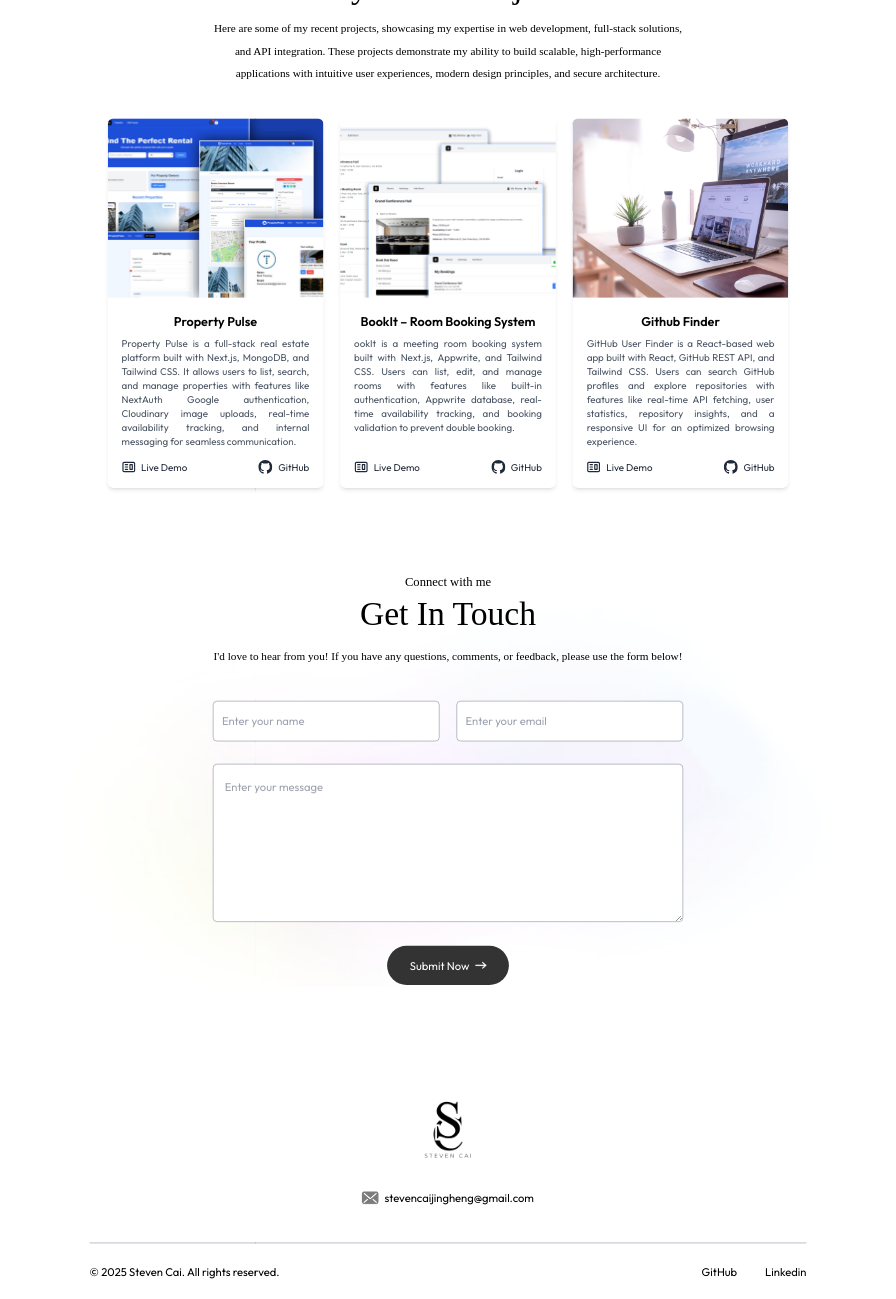
Repository: Steven4cai/profolio
Page: /
These files come from the project's save history. The page is drawn as it stood at one moment and after the next save; the edit follows.
The browser window is 1280 px wide. The pictures show the part of the page from y = 2473 to 4393 px (the page is 4329 px tall before and 4393 px after), at 70% of full size.
Some web fonts or font styles are not loaded; a fallback is used. The project was rebuilt for these pictures with package versions that can differ from the ones it lists, and the page was loaded fresh each time. The framework's server and built-in components were replaced by stand-ins that run in the browser. Also part of the build but not shown: next.config.mjs.

Above is the page before, as saved 2025-02-09 14:17:32.

### app/layout.js
import {Outfit,Ovo} from "next/font/google";
import "./globals.css";

const outfit = Outfit({
  subsets: ["latin"],weight:["400","500","600","700"]
});

const ovo = Ovo({
  subsets: ["latin"],weight:["400"]
});

export const metadata = {
  title: "Profolio - Steven",
  description: "",
};

export default function RootLayout({ children }) {
  return (
    <html lang="en" className="scroll-smooth ">
      <body className={`${outfit.className} ${ovo.className} antialiased leading-8 overflow-x-hidden
      dark:bg-darkTheme dark:text-white`}>
        <main>{children}</main>
      </body>
    </html>
  );
}

### app/page.js
'use client'
import About from "@/components/About";
import Header from "@/components/Header";
import Navbar from "@/components/Navbar";
import Services from "@/components/Services";
import Work from "@/components/Work";
import Contact from "@/components/Contact";
import Footer from "@/components/Footer";
import { useEffect, useState } from "react";

export default function Home() {
  const [isDark,setIsDark] = useState(false)

  useEffect(()=>{
    if(localStorage.theme === 'dark' || (!('theme' in localStorage) && window.matchMedia('(prefers-color-scheme:dark)').matches)){
      setIsDark(true)
    }else{
      setIsDark(false)
    }
  },[])

  useEffect(()=>{
    if(isDark){
      document.documentElement.classList.add('dark')
      localStorage.theme = 'dark'
    }else{
      document.documentElement.classList.remove('dark')
      localStorage.theme = ''
    }
  } ,[isDark])
  return (
    <>
    <Navbar isDark = {isDark} setIsDark = {setIsDark}/>
    <Header isDark = {isDark}/>
    <About isDark = {isDark}/>
    <Services isDark = {isDark}/>
    <Work isDark = {isDark}/>
    <Contact isDark = {isDark}/>
    <Footer isDark = {isDark}/>
    </>
  );
}

### components/About.jsx
import Image from 'next/image'
import React from 'react'
import {assets, infoList, toolsData} from '@/assets/assets'


const About = ({isDark}) => {
  return (
    <div id='about' className='w-full px-[12%] py-10 scroll-mt-20'>
      <h4 className='text-center mb-2 text-lg font-Ovo'>Introduction</h4>
      <h2 className='text-center text-5xl font-Ovo'>About Me</h2>

    <div className='flex w-full flex-col lg:flex-row items-center gap-20 my-20'>
        <div className='w-64 sm:w-80 rounded-3xl max-w-none'>
            <Image src={assets.user_image} alt='user'
            className='w-full rounded-3xl'/>
        </div>
        <div className='flex-1'>
            <p className='mb-10 max-w-2xl font-Ovo'>
            I am a web developer with a background in IT and software
         engineering. I specialize in building scalable and efficient web
          applications, focusing on clean code, performance optimization,
          and user experience. Skilled in both front-end and back-end
          technologies, I am always eager to learn and apply new solutions.
            </p>
            <ul className='grid grid-cols-1 sm:grid-cols-3 gap-6 max-w-2xl'>
                {infoList.map((info,index) => (
                    <li
                    className='border-[0.5px] border-gray-400 rounded-xl p-6
                    cursor-pointer hover:bg-lightHover hover:-translate-y-1 duration-500
                    hover:shadow-black
                    dark:border-white dark:hovr:shadow-white dark:hover:bg-darkHover/50'
                    key={index}>
                        <Image src={isDark ? info.iconDark : info.icon} alt={info.title} className='w-7 mt-3'/>
                        <h3 className='my-4 font-semiblod text-gray-700 dark:text-white'>{info.title}</h3>
                        <p className='text-gray-600 text-sm dark:text-white/80'>{info.description}</p>
                    </li>
                ))}
            </ul>

            <h4 className='my-6 text-gray-700 font-Ovo dark:text-white/80'>Tools I use</h4>


                <ul className='flex items-center gap-3 sm:gap-5'>
                    {toolsData.map((tool,index) => (
                        <li className=
                        'flex items-center justify-center w-12 sm:w-14 aspect-square border border-gray-400 rounded-lg cursor-pointer hover:-translate-y-1 duration-500'
                         key={index}>
                            <Image src={tool} alt='Tool' className='w-5 sm:w-7' />
                        </li>
                    ))}
                </ul>
        </div>
    </div>

    </div>
  )
}

export default About

### components/Header.jsx
import React from 'react'
import Image from 'next/image'
import {assets} from '@/assets/assets'

const Header = () => {
  return (
    <div className=
    'w-11/12 max-w-3xl text-center mx-auto h-screen flex flex-col items-center justify-center gap-4'>
      <div>
        <Image src={assets.profile_img} alt='' className='rounded-full w-32'/>
      </div>
      <h3 className='flex items-end gap-2 text-xl md:text-2xl mb-3 font-Ovo'>Hi! I'm Steven Cai <Image src={assets.hand_icon} alt='' className='w-6'/></h3>
        <h1 className='text-3xl sm:text-6xl lg:text-[66px] font-Ovo'>Frontend web developer based in Sydney</h1>
        <p className='max-w-2xl mx-auto font-Ovo'>
          Web developer with a strong foundation in software engineering,
           specializing in building efficient, scalable, and user-friendly
            applications.
        </p>
        <div className=
        'flex flex-col sm:flex-row items-center gap-4 mt-4'>
            <a href="#contact"
             className='px-10 py-3 border rounded-full bg-black text-white flex items-center gap-2
             dark:bg-transparent'>
                Contact me  <Image src={assets.right_arrow_white} alt='' className='w-4'/></a>
            <a href="/Steven_Cai_ITResume.pdf" download
            className='px-10 py-3 border rounded-full border-gray-500 flex items-center gap-2
            bg-white dark:text-black'
            >My resume  <Image src={assets.download_icon} alt='' className='w-4'/></a>

        </div>


    </div>
  )
}

export default Header

### components/Navbar.jsx
'use client'

import Image from 'next/image'
import React, { useEffect, useState } from 'react'
import {assets} from '@/assets/assets'

const Navbar = ({isDark,setIsDark}) => {
    const [isScroll, setIsScrool] = useState(false)

    const [isMenuOpen, setIsMenuOpen] = useState(false);

    const openMenu = () => {
        setIsMenuOpen(true);
    };

    const closeMenu = () => {
        setIsMenuOpen(false);
    };

    useEffect(()=>{
        window.addEventListener('scroll',()=>{
            if(scrollY > 50){
                setIsScrool(true)
            }else{
                setIsScrool(false)
            }
        })
    } ,[])

    return (
        <>
            <div className='fixed top-0 right-0 w-11/12 -z-10 translate-y-[-80%] dark:hidden'>
                <Image src={assets.header_bg_color} alt='' className='w-full' />
            </div>

            <nav className={`w-full fixed px-5 lg:px-8 xl:px-[8%] py-4 flex
                items-center justify-between z-50 ${isScroll
                ? 'bg-white bg-opacity-50 backdrop-blur-lg shadow-sm dark:bg-darkTheme dark:shadow-white/20'
                : ''}`}>
                <a href="#top">
                    <Image alt='logo' className='w-28 cursor-pointer mr-14 bg-white rounded-full' src={assets.logo} />
                </a>

                <ul className={`hidden md:flex items-center gap-6
                    lg:gap-8 rounded-full px-12 py-3
                    ${isScroll ?'' : 'bg-white shadow-sm bg-opacity-50 dark:border dark:border-white/50 dark:bg-transparent'}`}>
                    <li><a className='font-Ovo' href="#top">Home</a></li>
                    <li><a className='font-Ovo' href="#about">About me</a></li>
                    <li><a className='font-Ovo' href="#services">Services</a></li>
                    <li><a className='font-Ovo' href="#work">My Work</a></li>
                    <li><a className='font-Ovo' href="#contact">Contact me</a></li>
                </ul>

                <div className='flex items-center gap-4'>

                    <button onClick={() => setIsDark(prev => !prev)}>
                        <Image src={isDark ? assets.sun_icon : assets.moon_icon} alt='' className='w-6' />
                    </button>

                    <a href='/contact' className='hidden lg:flex items-center gap-3 px-10 py-2.5
                    border border-gray-500 rounded-full ml-4 font-Ovo
                    dark:border-white/50'>
                        Contact <Image className='w-3' src={isDark ?assets.arrow_icon_dark :assets.arrow_icon} alt='arrowicon' />
                    </a>

                    {/* Menu Button for Mobile */}
                    <button className='block md:hidden ml-3' onClick={openMenu}>
                        <Image src={isDark ?assets.menu_white :assets.menu_black} alt='' className='w-6' />
                    </button>
                </div>

                {/* Mobile Menu */}
                <ul className={`flex flex-col gap-4 py-20 px-10
                fixed -right-0 top-0 bottom-0 w-64 z-50 h-screen bg-rose-50
                transition duration-500' dark:bg-darkHover dark:text-white
                ${isMenuOpen ? 'translate-x-0' : 'translate-x-[16rem]'} md:hidden`}>
                    {/* Close Button */}
                    <div className='absolute right-6 top-6' onClick={closeMenu}>
                        <Image src={isDark ?assets.close_white :assets.close_black} alt='' className='w-5 cursor-pointer' />
                    </div>

                    <li><a onClick={closeMenu} className='font-Ovo' href="#top">Home</a></li>
                    <li><a onClick={closeMenu} className='font-Ovo' href="#about">About me</a></li>
                    <li><a onClick={closeMenu} className='font-Ovo' href="#services">Services</a></li>
                    <li><a onClick={closeMenu} className='font-Ovo' href="#work">My Work</a></li>
                    <li><a onClick={closeMenu} className='font-Ovo' href="#contact">Contact me</a></li>
                </ul>
            </nav>
        </>
    )
}

export default Navbar;

### components/Services.jsx
import React from "react";
import { TbWorld } from "react-icons/tb";
import { RiStackFill } from "react-icons/ri";
import { AiOutlineApi } from "react-icons/ai";
import { MdSecurity } from "react-icons/md";

export const serviceData = [
  { icon: <TbWorld className="text-4xl text-gray-700 dark:text-white" />, title: 'Frontend Development', description: 'Building modern, responsive, and interactive web applications using React.js, Next.js, and Tailwind CSS to ensure seamless user experience.', link: '' },
  { icon: <RiStackFill className="text-4xl text-gray-700 dark:text-white" />, title: 'Full-Stack Development', description: 'Developing scalable web applications with Next.js, Appwrite, MongoDB, and Firebase, handling both frontend and backend efficiently.', link: '' },
  { icon: <AiOutlineApi className="text-4xl text-gray-700 dark:text-white" />, title: 'API Development & Integration', description: 'Creating and integrating RESTful APIs to enable smooth data communication between systems, ensuring high performance and security.', link: '' },
  { icon: <MdSecurity className="text-4xl text-gray-700 dark:text-white" />, title: 'Authentication & Security', description: 'Implementing secure authentication using NextAuth.js, OAuth, JWT, and Firebase Auth, ensuring data protection and user privacy.', link: '' },
];

const Services = () => {
  return (
    <div id='services' className='w-full px-[12%] py-10 scroll-mt-20'>
      <h4 className='text-center mb-2 text-lg font-Ovo'>What I offer</h4>
      <h2 className='text-center text-5xl font-Ovo'>My Services</h2>

      <p className='text-center max-w-2xl mx-auto mt-5 mb-12 font-Ovo'>
        I design and develop modern, high-performance web applications with
        a focus on efficiency, scalability, and seamless user experience. Whether
        it’s front-end UI/UX, full-stack solutions, or API integrations,
        I build robust and maintainable systems tailored to business needs.
      </p>

      <div className='grid grid-cols-1 sm:grid-cols-2 md:grid-cols-4 gap-6 my-10'>
        {serviceData.map(({ icon, title, description, link }, index) => (
          <div
            className='border border-gray-400 rounded-lg px-8 py-10 flex flex-col items-center text-center
              hover:shadow-black cursor-pointer hover:bg-lightHover hover:-translate-y-1 duration-500
              dark:hover:bg-darkHover dark:hover:shadow-white'
            key={index}
          >
            {icon}
            <h3 className='text-lg my-4 text-gray-700 dark:text-white'>{title}</h3>
            <p className='text-sm text-gray-600 leading-5 dark:text-white/80'>{description}</p>
          </div>
        ))}
      </div>
    </div>
  );
};

export default Services;

### components/Work.jsx
import { assets, workData } from '@/assets/assets';
import React from 'react';
import Image from 'next/image';
import Link from 'next/link';
import { BsGithub } from 'react-icons/bs';
import { CgWebsite } from 'react-icons/cg';

const Work = ({ isDark }) => {
  return (
    <div id="work" className="w-full px-[12%] py-10 scroll-mt-20">
      <h4 className="text-center mb-2 text-lg font-Ovo">My Portfolio</h4>
      <h2 className="text-center text-5xl font-Ovo">My Latest Projects</h2>

      <p className="text-center max-w-2xl mx-auto mt-5 mb-12 font-Ovo">
      Here are some of my recent projects, showcasing my expertise in web
       development, full-stack solutions, and API integration. These projects
        demonstrate my ability to build scalable, high-performance applications
         with intuitive user experiences, modern design principles, and secure
         architecture.
      </p>

      <div className="grid grid-cols-1 sm:grid-cols-2 md:grid-cols-3 gap-6 my-10">
  {workData.map((work, index) => (
    <div
      key={index}
      className="flex flex-col bg-white dark:bg-gray-900 rounded-lg shadow-md overflow-hidden group cursor-pointer"
    >
      {/* 背景图片部分 */}
      <div
        className="h-64 bg-cover bg-center transition-transform duration-500 group-hover:scale-105"
        style={{ backgroundImage: `url(${work.bgImage})` }}
      ></div>

      {/* 文字部分 */}
      <div
        className="p-5 w-full flex flex-col flex-grow transition-all duration-500 group-hover:-translate-y-2"
      >
        <h2 className="font-semibold text-lg dark:text-white text-center">
          {work.title}
        </h2>
        <p className="text-sm text-gray-600 dark:text-gray-300 mt-2 text-justify flex-grow">
          {work.description}
        </p>

        {/* 按钮部分 */}
        <div className="mt-4 flex justify-between items-center">
          <Link
            href={work.website}
            target="_blank"
            className="flex items-center gap-2 text-sm text-gray-800 dark:text-white hover:text-blue-500 transition-colors"
          >
            <CgWebsite className="text-xl" /> Live Demo
          </Link>

          <Link
            href={work.github}
            target="_blank"
            className="flex items-center gap-2 text-sm text-gray-800 dark:text-white hover:text-gray-600 transition-colors"
          >
            <BsGithub className="text-xl" /> GitHub
          </Link>
        </div>
      </div>
    </div>
  ))}
</div>

    </div>
  );
};

export default Work;

### components/Contact.jsx
'use client'
import { assets } from '@/assets/assets'
import React,{ useState } from 'react'
import Image from 'next/image'
const Contact = () => {

    const [result, setResult] = React.useState("");

  const onSubmit = async (event) => {
    event.preventDefault();
    setResult("Sending....");
    const formData = new FormData(event.target);

    formData.append("access_key", "d1d257f8-3b83-45d6-8d1c-4f4ca340e588");

    const response = await fetch("https://api.web3forms.com/submit", {
      method: "POST",
      body: formData
    });

    const data = await response.json();

    if (data.success) {
      setResult("Form Submitted Successfully");
      event.target.reset();
    } else {
      console.log("Error", data);
      setResult(data.message);
    }
  };


  return (
    <div id='contact' className='w-full px-[12%] py-10 scroll-mt-20 bg-[url("/footer-bg-color.png")] bg-no-repeat
    bg-center bg-[length:90%_auto] dark:bg-none'>
        <h4 className='text-center mb-2 text-lg font-Ovo'>Connect with me</h4>
        <h2 className='text-center text-5xl font-Ovo'>Get In Touch</h2>

        <p className='text-center max-w-2xl mx-auto mt-5 mb-12 font-Ovo'>
       I'd love to hear from you! If you have any questions, comments, or feedback, please use the form below!
        </p>

        <form onSubmit={onSubmit} className='max-w-2xl mx-auto'>
            <div className='grid grid-cols-auto gap-6 mt-10 mb-8'>
                <input
                className='flex-1 p-3 outline-none border-[0.5px] border-gray-400 rounded-md bg-white
                dark:bg-darkHover/30 dark:border-white/90'
                type="text" placeholder='Enter your name' required name="name" />
                <input
                className='flex-1 p-3 outline-none border-[0.5px] border-gray-400 rounded-md bg-white
                dark:bg-darkHover/30 dark:border-white/90'
                type="email" placeholder='Enter your email' required name="email" />
            </div>
            <textarea
            className='w-full p-4 outline-none border-[0.5px] border-gray-400 rounded-md bg-white mb-6
            dark:bg-darkHover/30 dark:border-white/90'
            rows={6} placeholder='Enter your message'  name="message" required></textarea>
            <button
            className='py-3 px-8 w-max flex items-center justify-between gap-2 bg-black/80 text-white rounded-full
            mx-auto hover:bg-black duration-500 dark:bg-transparent dark:border-[0.5px] dark:hover:bg-darkHover'
            type='submit'>
                Submit Now <Image src={assets.right_arrow_white} alt='' className='w-4'/>
            </button>

            <p className='mt-4'>{result}</p>
        </form>
    </div>
  )
}

export default Contact

### components/Footer.jsx
import Image from 'next/image'
import React from 'react'
import { assets } from '@/assets/assets'


const Footer = ({isDark}) => {
    const currentYear = new Date().getFullYear();

  return (
    <div className='mt-20'>
      <div className='text-center'>
        <Image src={assets.logo} alt='' className='w-36 mx-auto mb-2 bg-white rounded-full' />
        <div className='flex w-max items-center gap-2 mx-auto'>
            <Image src={isDark ?assets.mail_icon_dark : assets.mail_icon} alt='' className='w-6'/>
            stevencaijingheng@gmail.com
        </div>
      </div>
      <div className=
      'text-center sm:flex items-center justify-between border-t border-gray-400 mx-[10%] mt-12 py-6'>
        <p>
            &copy; {currentYear} Steven Cai. All rights reserved.
        </p>
        <ul className=
        'flex items-center gap-10 justify-center mt-4 sm:mt-0'>
            <li><a target='_blank' href="https://github.com/Steven4cai">GitHub</a></li>
            <li><a target='_blank' href="https://www.linkedin.com/in/jingheng-cai-630177280/">Linkedin</a></li>
        </ul>
      </div>
    </div>
  )
}

export default Footer

### tailwind.config.mjs
/** @type {import('tailwindcss').Config} */
export default {
  content: [
    "./pages/**/*.{js,ts,jsx,tsx,mdx}",
    "./components/**/*.{js,ts,jsx,tsx,mdx}",
    "./app/**/*.{js,ts,jsx,tsx,mdx}",
  ],
  theme: {
    extend: {
      colors: {
        lightHover: '#fcf4ff',
        darkHover: '#2a004a',
        darkTheme: '#11001F'
      },
      fontFamily:{
        Outfit:["Outfit", "sans-serif"],
        Ovo: ["Ovo", "serif"]
      },
      boxShadow:{
        'black': '4px 4px 0 #000',
        'white': '4px 4px 0 #fff',
      },
      gridTemplateColumns:{
        'auto':'repeat(auto-fit,minmax(200px,1fr))'
      }
    },
  },
  darkMode: 'selector',
  plugins: [],
};

Loaded but not shown: app/globals.css (common file); assets/assets.js (123 lines, source omitted)

After the next save:
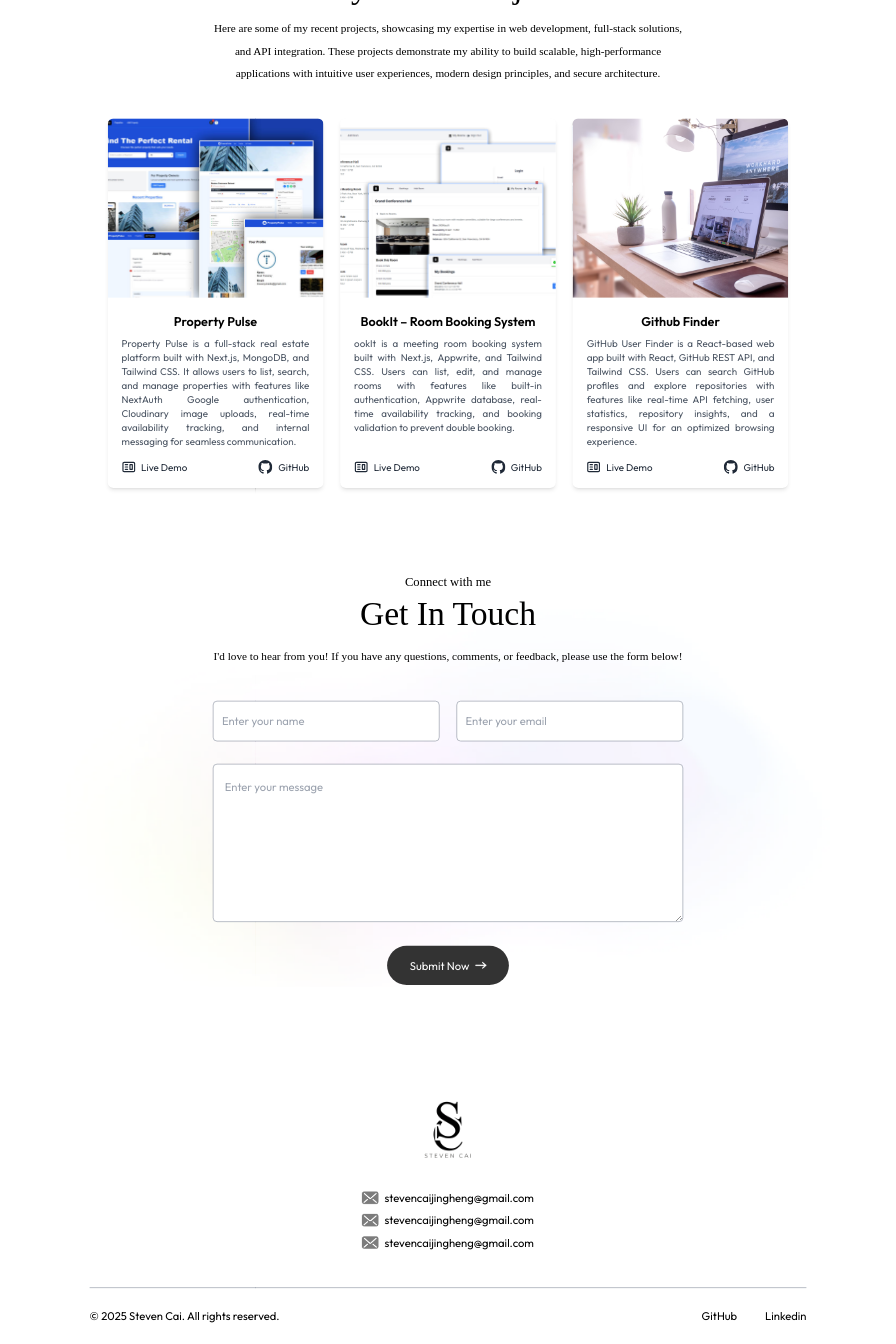
Saved 45 s later.
--- a/components/Footer.jsx
+++ b/components/Footer.jsx
@@ -10,6 +10,16 @@ const Footer = ({isDark}) => {
     <div className='mt-20'>
       <div className='text-center'>
         <Image src={assets.logo} alt='' className='w-36 mx-auto mb-2 bg-white rounded-full' />
+        <div className='flex w-max items-center gap-2 mx-auto'>
+            <Image src={isDark ?assets.mail_icon_dark : assets.mail_icon} alt='' className='w-6'/>
+            stevencaijingheng@gmail.com
+        </div>
+
+        <div className='flex w-max items-center gap-2 mx-auto'>
+            <Image src={isDark ?assets.mail_icon_dark : assets.mail_icon} alt='' className='w-6'/>
+            stevencaijingheng@gmail.com
+        </div>
+
         <div className='flex w-max items-center gap-2 mx-auto'>
             <Image src={isDark ?assets.mail_icon_dark : assets.mail_icon} alt='' className='w-6'/>
             stevencaijingheng@gmail.com
